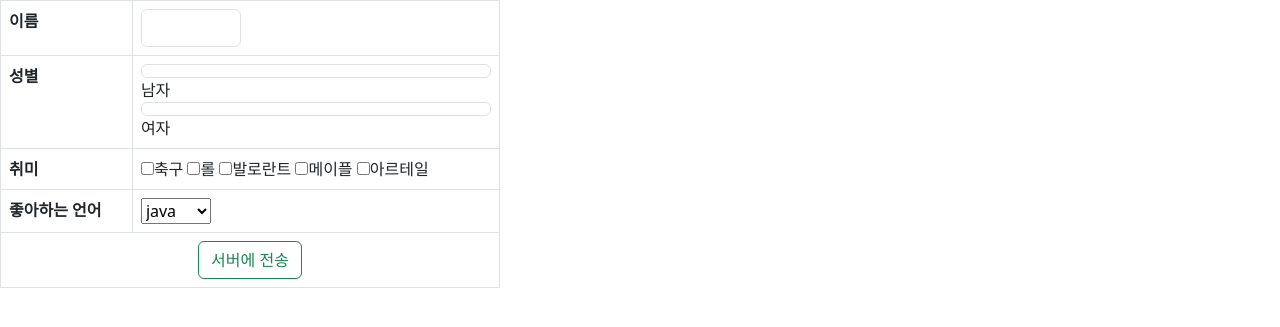
Repository: ssung2sin/sist0615_spring
Page: http://localhost/SpringMvcRead5/naver/form1
The author's editor kept a copy of each file at every save. The page is drawn from the files as they stood at one save, then again after the next save.
The browser window is 1280 px wide. The pictures show the whole page.
Some web fonts or font styles are not loaded; a fallback is used. The page is served by Tomcat 9. Other server files are loaded and not shown.

Above is the page before, as saved 2023-10-10 06:30:25.

### SpringMvcRead5/src/main/webapp/WEB-INF/day1010/form1.jsp
<%@ page language="java" contentType="text/html; charset=UTF-8"
    pageEncoding="UTF-8"%>
<%@ taglib uri="http://java.sun.com/jsp/jstl/core" prefix="c"%>
<%@ taglib uri="http://java.sun.com/jsp/jstl/fmt" prefix="fmt"%>
<!DOCTYPE html>
<html>
<head>
<meta charset="UTF-8">
<link href="https://cdn.jsdelivr.net/npm/bootstrap@5.3.0/dist/css/bootstrap.min.css" rel="stylesheet">
<link href="https://fonts.googleapis.com/css2?family=Dongle:wght@300&family=Gaegu:wght@300&family=Nanum+Pen+Script&family=Sunflower:wght@300&display=swap" rel="stylesheet">
<script src="https://code.jquery.com/jquery-3.7.0.js"></script>
<title>Insert title here</title>
</head>
<body>
<form action="read1" method="post">
	<table class="table table-bordered" style="width: 500px;">
		<tr>
			<th wid>이름</th>
			<td><input type="text" class="form-control" name="name" style="width:100px;"></td>
		</tr>
		<tr>
			<th>성별</th>
			<td>
				<input type="radio" class="form-control" name="gender" value="남자">남자
				<input type="radio" class="form-control" name="gender" value="여자">여자
			</td>
		</tr>
		<tr>
			<th>취미</th>
			<td><input type="checkbox" value="축구" name="hobby">축구
			<input type="checkbox" value="롤" name="hobby">롤
			<input type="checkbox" value="발로란트" name="hobby">발로란트
			<input type="checkbox" value="메이플" name="hobby">메이플
			<input type="checkbox" value="아르테일" name="hobby">아르테일
			</td>
		</tr>
		<tr>
			<th>좋아하는 언어</th>
			<td>
				<select name="language">
					<option value="java">java</option>
					<option value="html">html</option>
					<option value="oracle">oracle</option>
					<option value="jsp">jsp</option>
					<option value="spring">spring</option>
				</select>
			</td>
		</tr>
		<tr>
			<td colspan="2" align="center"><button type="submit" class="btn btn-outline-success">서버에 전송</button></td>
		</tr>
	</table>
</form>
</body>
</html>

After the next save:
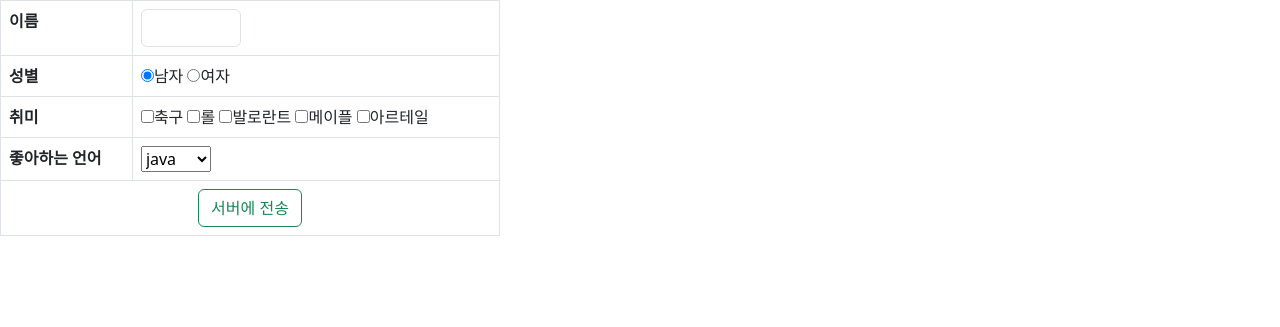
Saved 17 s later.
--- a/SpringMvcRead5/src/main/webapp/WEB-INF/day1010/form1.jsp
+++ b/SpringMvcRead5/src/main/webapp/WEB-INF/day1010/form1.jsp
@@ -21,8 +21,8 @@
 		<tr>
 			<th>성별</th>
 			<td>
-				<input type="radio" class="form-control" name="gender" value="남자">남자
-				<input type="radio" class="form-control" name="gender" value="여자">여자
+				<input type="radio" name="gender" value="남자" checked>남자
+				<input type="radio" name="gender" value="여자">여자
 			</td>
 		</tr>
 		<tr>
